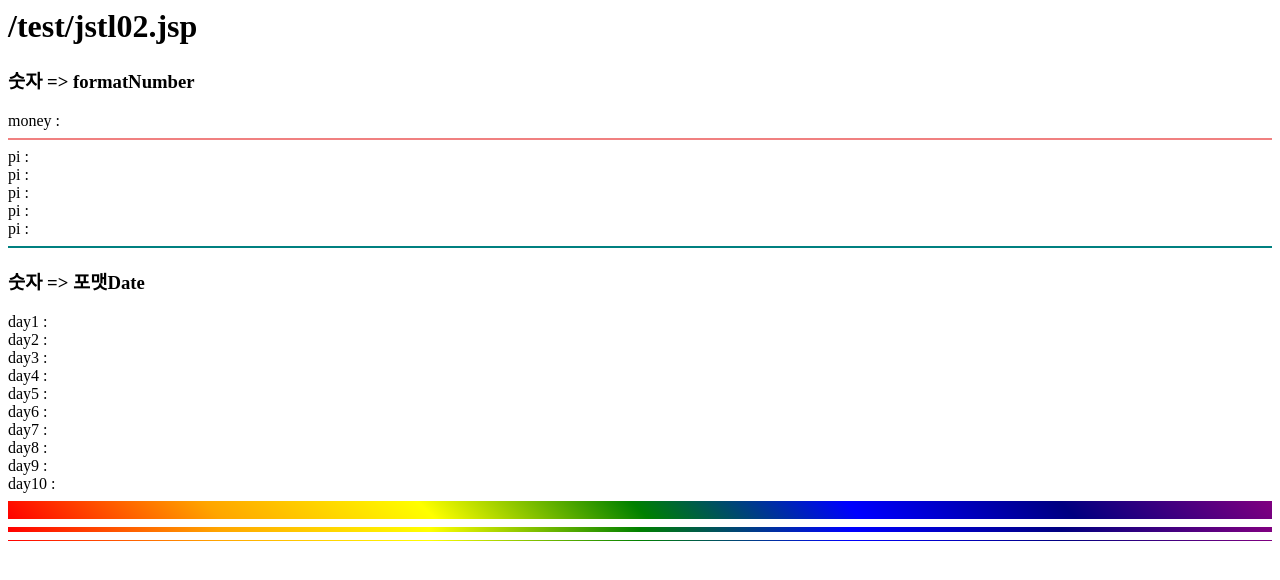
Repository: khsik/Woori-Computer-Academy
Page: http://localhost/mvc/WEB-INF/views/test/jstl02.jsp
An editor plug-in stored every save of this project. The page is shown before and after the next save, followed by the edit.
The browser window is 1280 px wide. The pictures show the whole page.
The page is served by Tomcat 9. Nobody is signed in. The template is opened directly, without the code that normally fills it, so the values that code supplies are empty.

Above is the page before, as saved 2024-05-13 07:33:22.

After the next save:
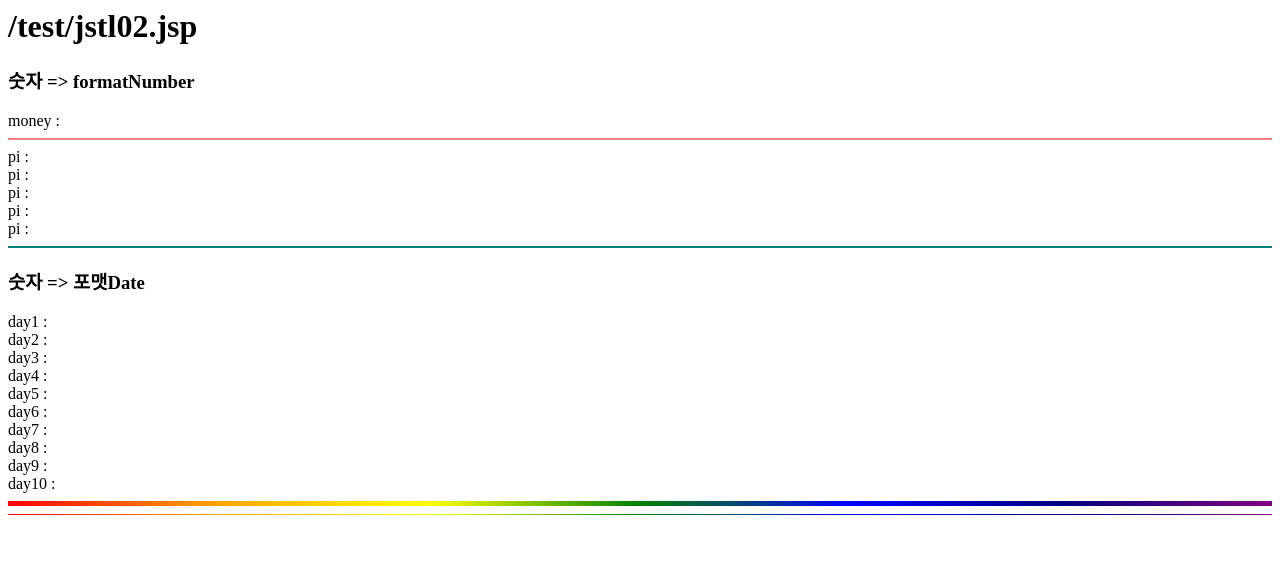
Saved 5 s later.
--- a/mvc/src/main/webapp/WEB-INF/views/test/jstl02.jsp
+++ b/mvc/src/main/webapp/WEB-INF/views/test/jstl02.jsp
@@ -31,6 +31,5 @@ day8 : <fmt:formatDate value="${day }" type="date" dateStyle="medium" /> <br>
 day9 : <fmt:formatDate value="${day }" type="date" dateStyle="short" /> <br>
 day10 : <fmt:formatDate value="${day }" type="date" dateStyle="default" /> <br>
 
-<hr size="20px" style="border:0; background: linear-gradient(45deg, red, orange, yellow, green, blue, navy, purple);">
 <hr size="7px" style="border:0; background: linear-gradient(0.25turn, red, orange, yellow, green, blue, navy, purple);">
 <hr size="3px" style="border:0; background: linear-gradient(0.25turn, red, orange, yellow, green, blue, navy, purple);">
